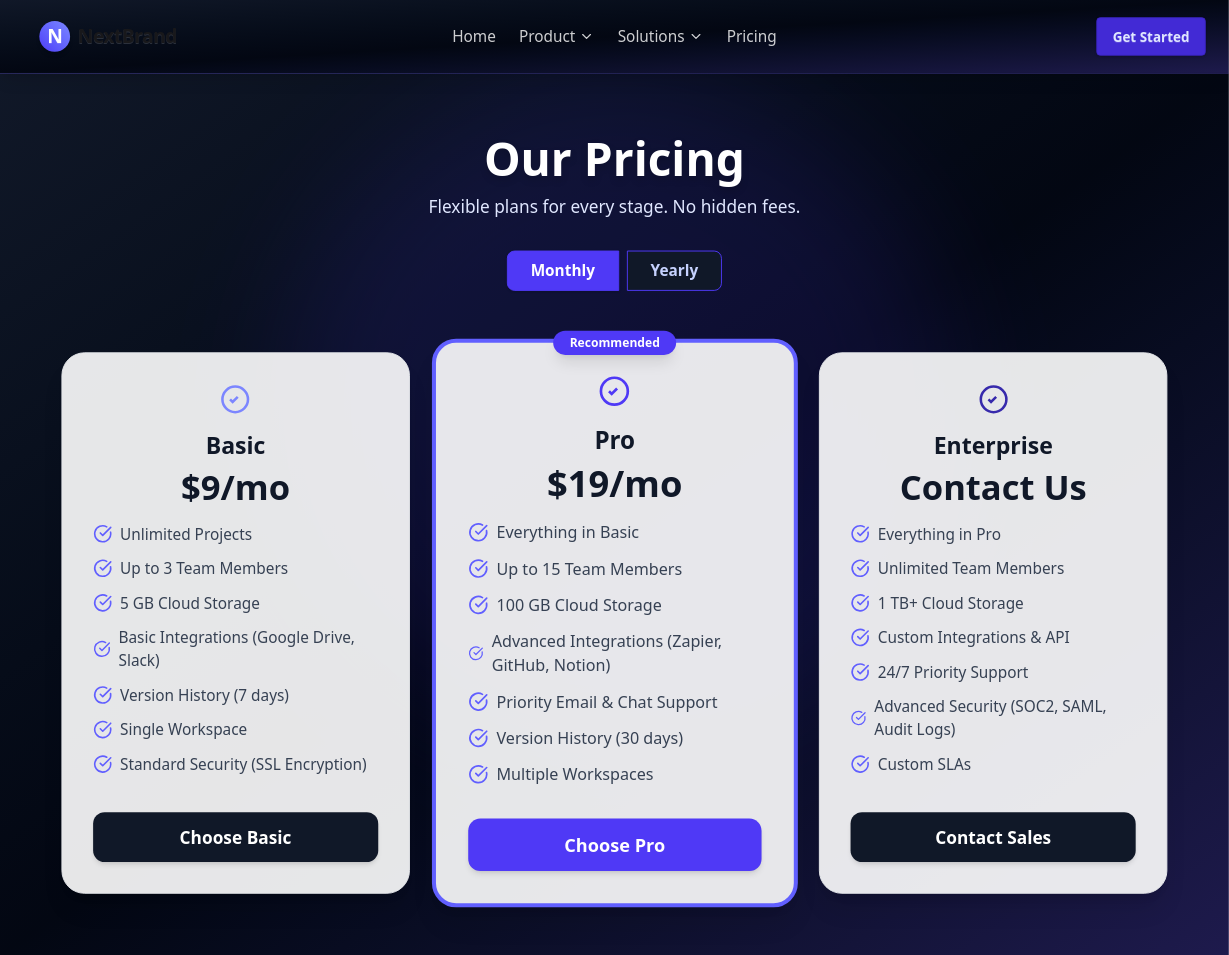
Repository: Chiranshukapil/Next_Brand
Page: /pricing
These files come from the project's save history. The page is drawn as it stood at one moment and after the next save; the edit follows.
The browser window is 1280 px wide. The pictures show the whole page, at 96% of full size.
The project was rebuilt for these pictures with package versions that can differ from the ones it lists, and the page was loaded fresh each time. Also part of the build but not shown: vite.config.js.

Above is the page before, as saved 2025-06-18 12:49:35.

After the next save:
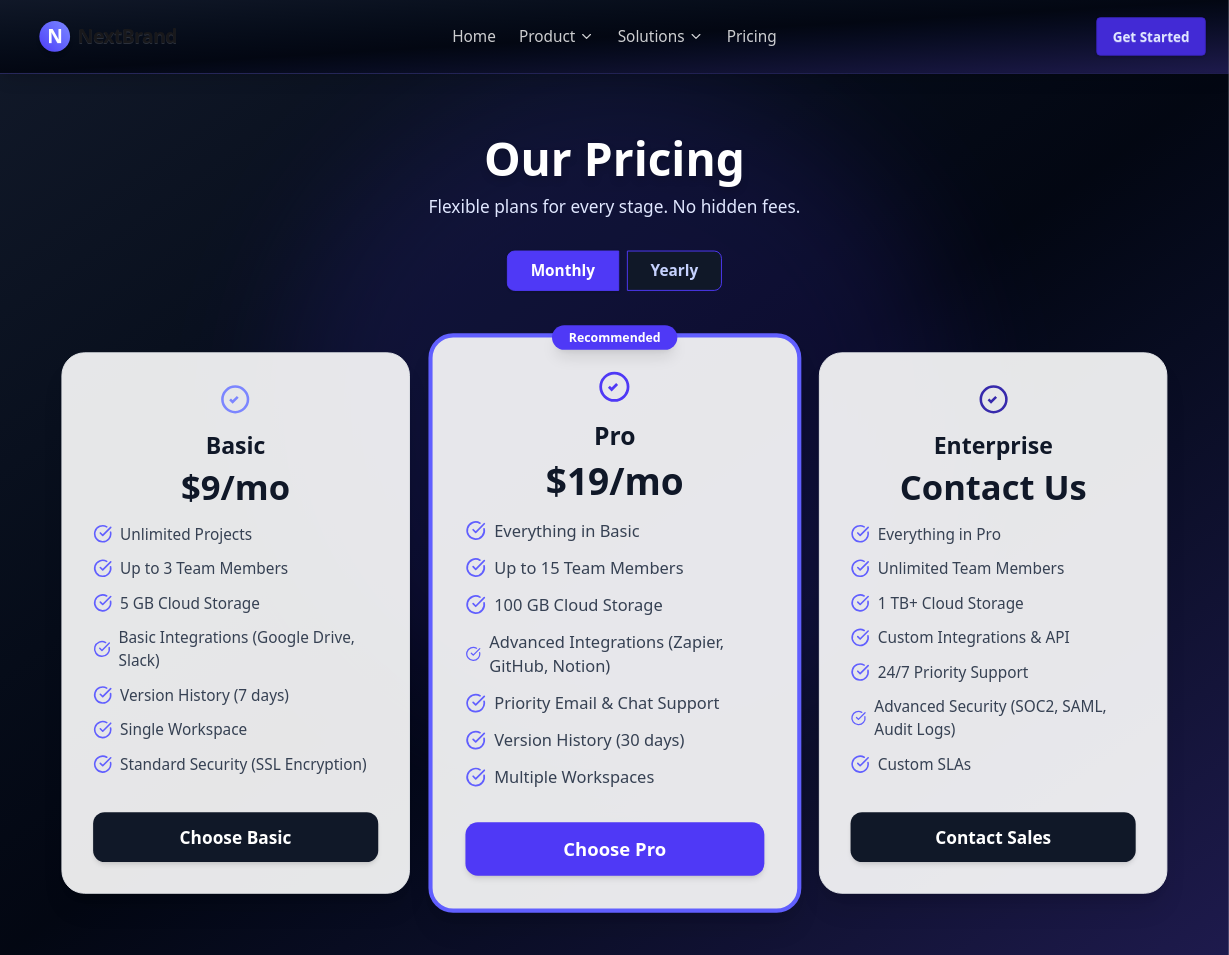
Saved 9 s later.
--- a/src/Components/PricingSection.jsx
+++ b/src/Components/PricingSection.jsx
@@ -112,9 +112,9 @@
           {plans.map((plan) => (
             <div
               key={plan.name}
-              className={`relative flex flex-col p-4 sm:p-4 md:p-8 rounded-2xl md:rounded-3xl border transition-transform duration-200 bg-white/90 shadow-xl hover:scale-[1.03] w-full max-w-xs sm:max-w-md mx-auto h-full ${
+              className={`relative flex flex-col p-4 sm:p-4 md:p-8 rounded-2xl md:rounded-3xl border transition-transform duration-200 bg-white/90 shadow-xl hover:scale-[1.05] w-full max-w-xs sm:max-w-md mx-auto h-full ${
                 plan.recommended
-                  ? "border-4 border-indigo-500 bg-indigo-50 z-20 md:scale-105 shadow-2xl"
+                  ? "border-4 border-indigo-500 bg-indigo-50 z-20 md:scale-107 shadow-2xl"
                   : "border-gray-200"
               }`}
             >

After the 3 saves that followed:
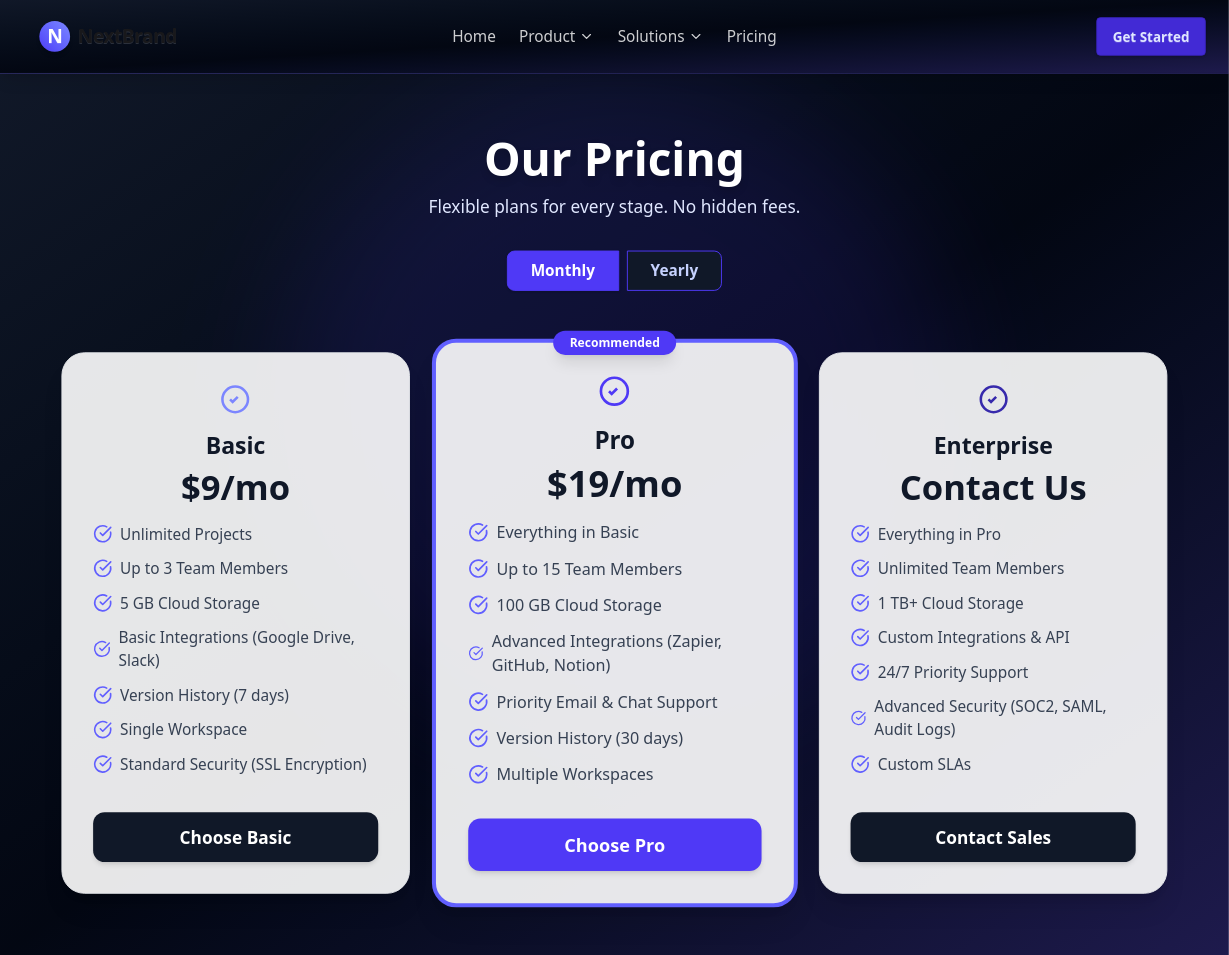
The 3 saves are shown as one change because 1 left the picture as it was and some came seconds apart.
The last was saved 22 s later.
--- a/src/Components/PricingSection.jsx
+++ b/src/Components/PricingSection.jsx
@@ -112,9 +112,9 @@
           {plans.map((plan) => (
             <div
               key={plan.name}
-              className={`relative flex flex-col p-4 sm:p-4 md:p-8 rounded-2xl md:rounded-3xl border transition-transform duration-200 bg-white/90 shadow-xl hover:scale-[1.05] w-full max-w-xs sm:max-w-md mx-auto h-full ${
+              className={`relative flex flex-col p-4 sm:p-4 md:p-8 rounded-2xl md:rounded-3xl border transition-transform duration-200 bg-white/90 shadow-xl hover:scale-[1.03] w-full max-w-xs sm:max-w-md mx-auto h-full ${
                 plan.recommended
-                  ? "border-4 border-indigo-500 bg-indigo-50 z-20 md:scale-107 shadow-2xl"
+                  ? "border-4 border-indigo-500 bg-indigo-50 z-20 md:scale-105 shadow-2xl"
                   : "border-gray-200"
               }`}
             >
